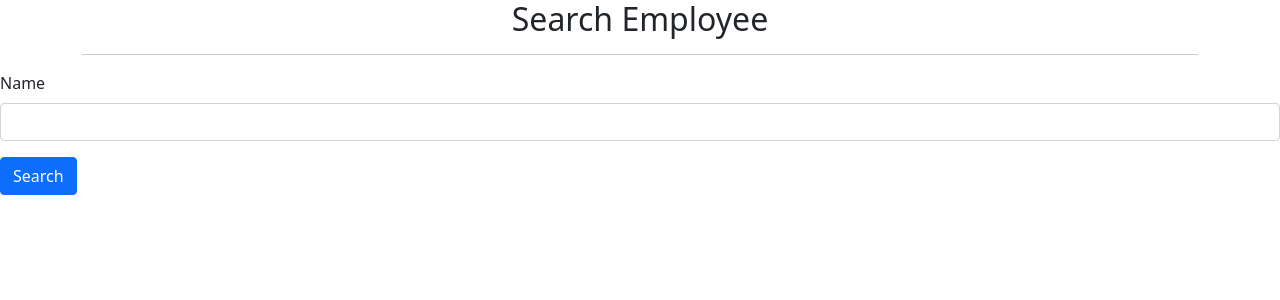
Repository: bhatideepak599/JspServlets
Page: http://localhost/10-student-mvc-db/search-Employee-by-name.jsp
The author's editor kept a copy of each file at every save. The page is drawn from the files as they stood at one save, then again after the next save.
The browser window is 1280 px wide. The pictures show the whole page.
The page is served by Tomcat 9.

Above is the page before, as saved 2024-07-19 03:42:30.

After the next save:
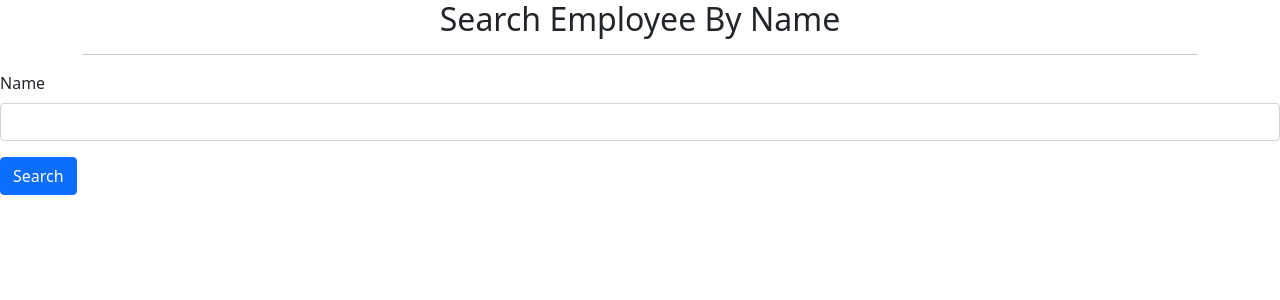
Saved 17 s later.
--- a/10-student-mvc-db/WebContent/search-Employee-by-name.jsp
+++ b/10-student-mvc-db/WebContent/search-Employee-by-name.jsp
@@ -20,7 +20,7 @@
 
 		<div class="text-center">
 
-			<p class="h2">Search Employee</p>
+			<p class="h2">Search Employee By Name</p>
 
 		</div>
 		<hr>
